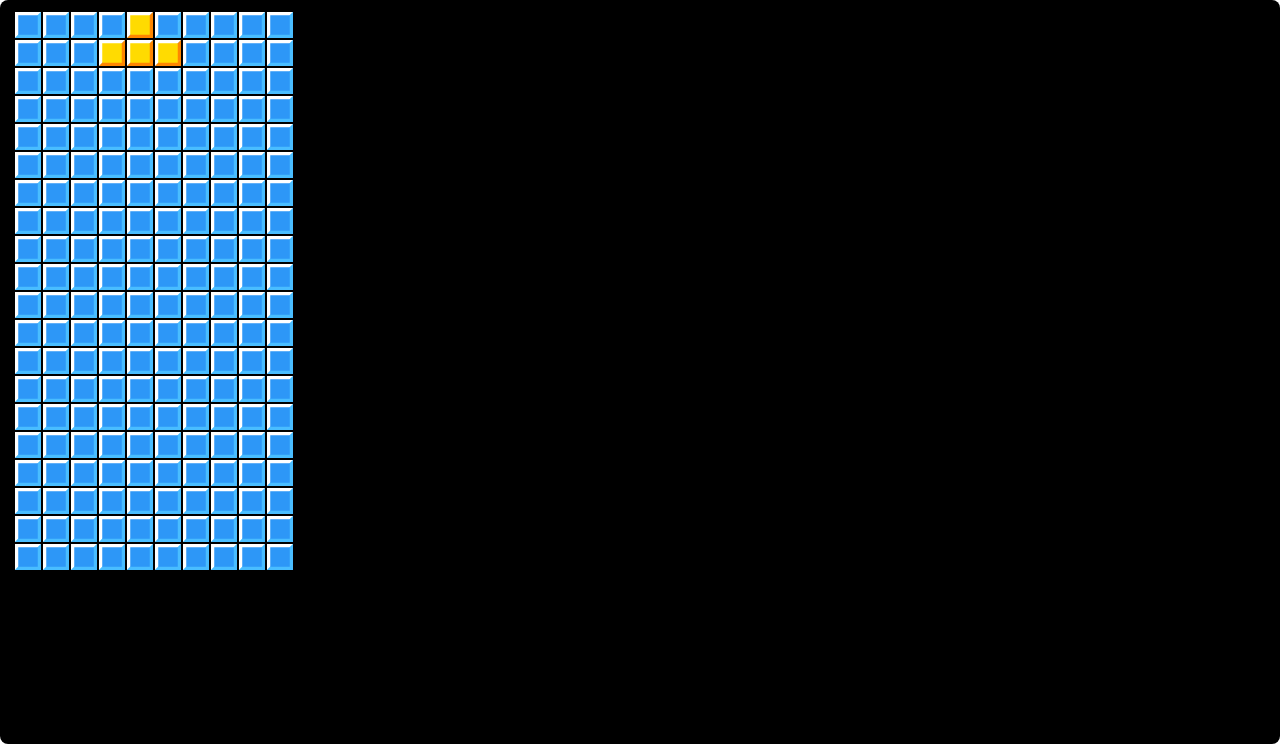
Repository: powidev/Epik-Tetris
Page: index.html
An editor plug-in stored every save of this project. The page is shown before and after the next save, followed by the edit.
The browser window is 1280 px wide. The pictures show the whole page.

Above is the page before, as saved 2025-05-20 10:23:43.

### index.html
<!DOCTYPE html>
<html lang="en">
<head>
    <meta charset="UTF-8">
    <meta name="viewport" content="width=device-width, initial-scale=1.0">
    <title>Tetris</title>
    <link rel="stylesheet" href="style.css">
</head>
<body>
    <div class="canvas-container">
        <canvas id="canvas-tetris" width="300" height="600"></canvas>
    </div>

    <script src="scripts/main.js" type="module"></script>
</body>
</html>

### style.css
body {
    display: flex;
    margin: 0;
    padding: 0;
}
.canvas-container {
    width: 100%;
    height: 100vh;
    background-color: black;
    padding: 12px 15px;
    border-radius: 8px;
}

### scripts/main.js
import { BoardTetris } from "/scripts/boardTetris.js";
import { Tetromino, TetraminoTypes } from "/scripts/tetromino.js";

const canvasTetris = document.getElementById("canvas-tetris");
const rows = 20;
const cols = 10;
const cellSize = 26;
const space = 2;

const boardTetris = new BoardTetris(canvasTetris, rows, cols, cellSize, space);

const tetrominoType = TetraminoTypes.T;
const tetromino = new Tetromino(canvasTetris, cellSize, tetrominoType.shapes, tetrominoType.initPosition, tetrominoType.id);

function update() {

    boardTetris.draw();
    tetromino.draw(boardTetris);
    requestAnimationFrame(update);
}

update();

### scripts/boardTetris.js
import { Grid } from '/scripts/grid.js';

export class BoardTetris extends Grid {
    constructor(canvas, rows, cols, cellSize, space) {
        super(canvas, rows, cols, cellSize, space);
    }

    isInside(row, col){
        return row >= 0 && row < this.rows && col >= 0 && col < this.cols;
    }
    isEmpty(row, col){
        return this.matriz[row][col] === 0 && this.isInside(row, col);
    }
    isRowFull(row){
        return this.matriz[row].every(element => element !== 0);
    }
    isRowEmpty(row){
        return this.matriz[row].every(element => element === 0);
    }
    clearRow(row){
        this.matriz[row].fill(0);
    }
    moveRowDown(row, numRows){
        this.matriz[row + numRows] = this.matriz[row].slice();
        this.clearRow(row);
    }
    clearFullRows(){
        let cont = 0;

        for(let row  = this.rows - 1; row >= 0; row--){
            if(this.isRowFull(row)){
                this.clearRow(row);
                cont++;
            }
            else if(cont > 0){
                this.moveRowDown(row, cont);
            }
        }
        return cont;
    }
    gameOver(){
        return !(this.isRowEmpty(0));
    }
}

### scripts/tetromino.js

class Position{
    constructor(row, column){
        this.row = row;
        this.column = column;
    }
}

class Tetromino {
    constructor(canvas, cellSize, shapes = [], initPosition = new Position(), id=1) {
        this.canvas = canvas;
        this.ctx = this.canvas.getContext('2d');
        this.cellSize = cellSize;
        this.shapes = shapes;
        this.rotation = 0;
        this.initPosition = initPosition;
        this.position = new Position(this.initPosition.row, this.initPosition.column);
        this.id = id;
    }
    drawSquare(x, y, side, color) {
        this.ctx.fillStyle = color;
        this.ctx.fillRect(x, y, side, side);
    }
    drawTriangle(x1, y1, x2, y2, x3, y3, color) {
        this.ctx.beginPath();
        this.ctx.moveTo(x1, y1);
        this.ctx.lineTo(x2, y2);
        this.ctx.lineTo(x3, y3);
        this.ctx.closePath();
        this.ctx.fillStyle = color;
        this.ctx.fill();
    }
    getColorPalette(id) {
        const palette = {
            1:{
                rightTriangle : "#FE8601",
                leftTriangle : "#FFFFFF",
                square : "#FFDB01"
            },
            2:{
                rightTriangle : "#FE5E02",
                leftTriangle : "#FFFFFF",
                square : "#FE8602"
            },
            3:{
                rightTriangle : "#B5193B",
                leftTriangle : "#FFFFFF",
                square : "#EE1B2E"
            },
            4:{
                rightTriangle : "#22974C",
                leftTriangle : "#FFFFFF",
                square : "#24DC4F"
            },
            5:{
                rightTriangle : "#49BDFF",
                leftTriangle : "#FFFFFF",
                square : "#2D97F7"
            },
            6:{
                rightTriangle : "#0000C9",
                leftTriangle : "#FFFFFF",
                square : "#0101F0"
            },
            7:{
                rightTriangle : "#8500D3",
                leftTriangle : "#FFFFFF",
                square : "#A000F1"
            }
        }
        return palette[id] || palette[1];
    }
    drawBlock(x, y, id){
        const margin = this.cellSize / 8;
        const palette = this.getColorPalette(id);

        this.drawTriangle(
            x, y,
            x + this.cellSize, y,
            x, y + this.cellSize,
            palette.leftTriangle
        );

        this.drawTriangle(
            x + this.cellSize, y,
            x + this.cellSize, y + this.cellSize,
            x, y + this.cellSize,
            palette.rightTriangle
        );

        this.drawSquare(
            x + margin,
            y + margin,
            this.cellSize - (margin * 2),
            palette.square
        );
    }
    currentShape(){
        return this.shapes[this.rotation];
    }
    draw(grid){
        const shape = this.currentShape();
        for(let i = 0; i < shape.length; i++){
            const position = grid.getCoordinates(
                this.position.column + shape[i].column,
                this.position.row + shape[i].row
            );
            this.drawBlock(position.x, position.y, this.id);
        }
    }
    currentPosition(){
        const positions = [];
        const shape = this.currentShape();
        for(let i = 0; i < shape.length; i++){
            positions.push(new Position(
                this.position.row + shape[i].row,
                this.position.column + shape[i].column
            ));
        }
        return positions;
    }
    move(row, column){
        this.position.row += row;
        this.position.column += column;
    }
    reset(){
        this.rotation = 0;
        this.position = new Position(this.initPosition.row, this.initPosition.column);
    }
}

const TetraminoTypes = {
    T:{
        id:1,
        initPosition: new Position(0, 3),
        shapes: [
            [new Position(0, 1), new Position(1, 0), new Position(1, 1), new Position(1, 2)],
            [new Position(0, 1), new Position(1, 1), new Position(1, 2), new Position(2, 1)],
            [new Position(1, 0), new Position(1, 1), new Position(1, 2), new Position(2, 1)],
            [new Position(0, 1), new Position(1, 0), new Position(1, 1), new Position(2, 1)]
        ]
    },
    O:{
        id:2,
        initPosition: new Position(0, 4),
        shapes: [
            [new Position(0, 0), new Position(0, 1), new Position(1, 0), new Position(1, 1)]
        ]
    },
    I:{
        id:3,
        initPosition: new Position(-1, 3),
        shapes: [
            [new Position(1, 0), new Position(1, 1), new Position(1, 2), new Position(1, 3)],
            [new Position(0, 2), new Position(1, 2), new Position(2, 2), new Position(3, 2)],
            [new Position(2, 0), new Position(2, 1), new Position(2, 2), new Position(2, 3)],
            [new Position(0, 1), new Position(1, 1), new Position(2, 1), new Position(3, 1)]
        ]
    },
    S:{
        id:4,
        initPosition: new Position(0, 3),
        shapes: [
            [new Position(0, 1), new Position(0, 2), new Position(1, 0), new Position(1, 1)],
            [new Position(0, 1), new Position(1, 1), new Position(1, 2), new Position(2, 2)],
            [new Position(1, 1), new Position(1, 2), new Position(2, 0), new Position(2, 1)],
            [new Position(0, 0), new Position(1, 0), new Position(1, 1), new Position(2, 1)]
        ]
    },
    Z:{
        id:5,
        initPosition: new Position(0, 3),
        shapes: [
            [new Position(0, 0), new Position(0, 1), new Position(1, 1), new Position(1, 2)],
            [new Position(0, 2), new Position(1, 1), new Position(1, 2), new Position(2, 1)],
            [new Position(1, 0), new Position(1, 1), new Position(2, 1), new Position(2, 2)],
            [new Position(0, 1), new Position(1, 0), new Position(1, 1), new Position(2, 0)]
        ]
    },
    J:{
        id:6,
        initPosition: new Position(0, 3),
        shapes: [
            [new Position(0, 0), new Position(1, 0), new Position(1, 1), new Position(1, 2)],
            [new Position(0, 1), new Position(0, 2), new Position(1, 1), new Position(2, 1)],
            [new Position(1, 0), new Position(1, 1), new Position(1, 2), new Position(2, 2)],
            [new Position(0, 1), new Position(1, 1), new Position(2, 0), new Position(2, 1)]
        ]
    },
    L:{
        id:7,
        initPosition: new Position(0, 3),
        shapes: [
            [new Position(0, 2), new Position(1, 0), new Position(1, 1), new Position(1, 2)],
            [new Position(0, 1), new Position(1, 1), new Position(2, 1), new Position(2, 2)],
            [new Position(1, 0), new Position(1, 1), new Position(1, 2), new Position(2, 0)],
            [new Position(0, 0), new Position(0, 1), new Position(1, 1), new Position(2, 1)]
        ]
    }
};

class TetrominosBag {
    constructor(canvas, cellSize){
        this.canvas = canvas;
        this.cellSize = cellSize;
        this.bag = [];
    }

    fillbag(){
        const tetrominosTypes = [
            tetrominosTypes.T,
            tetrominosTypes.O,
            tetrominosTypes.I,
            tetrominosTypes.S,
            tetrominosTypes.Z,
            tetrominosTypes.J,
            tetrominosTypes.L
        ]
        this.bag.length = 0;
        tetrominosTypes.forEach(type=>{
            this.bag.push(new Position(
                this.canvas,
                this.cellSize,
                type.shapes,
                type.initPosition,
                type.id
            ));
        });

        for(let i = this.bag.length - 1; i>0 ; i--){
            let j = Math.floor(Math.random() * (i + 1));
            [this.bag[i], this.bag[j]] = [this.bag[j], this.bag[i]];
        }
    }

    nextTetromino(){
        if(this.bag.length === 0){
            this.fillbag();
        }
        return this.bag.pop();
    }
}

export { Position, Tetromino, TetraminoTypes };

### scripts/grid.js
import { Tetromino } from '/scripts/tetromino.js';

export class Grid {
    constructor(canvas, rows, cols, cellSize, space) {
        this.canvas = canvas;
        this.ctx = canvas.getContext('2d');
        this.rows = rows;
        this.cols = cols;
        this.cellSize = cellSize;
        this.space = space;
        this.matriz = [];
        this.restartMatriz();

        this.canvas.width = this.cols * this.cellSize + (this.space * this.cols);
        this.canvas.height = this.rows * this.cellSize + (this.space * this.rows);

        this.block = new Tetromino(this.canvas, this.cellSize);
    }

    restartMatriz(){
        for(let r = 0; r < this.rows; r++){
            this.matriz[r] = [];
            for(let c = 0; c < this.cols; c++){
                this.matriz[r][c] = 5;
            }
        }
    }

    drawSquare(x, y, side, color, borderColor) {
        const bordeSize = side / 10;

        this.ctx.fillStyle = color;
        this.ctx.fillRect(x, y, side, side);

        this.ctx.strokeStyle = borderColor;
        this.ctx.lineWidth = bordeSize;
        this.ctx.strokeRect(x+bordeSize/2, y+bordeSize/2, side-bordeSize, side-bordeSize);
    }

    getCoordinates(col, row){
        return {x: col * (this.cellSize + this.space), y: row * (this.cellSize + this.space)};
    }

    draw(){
        for(let r = 0; r < this.rows; r++){
            for(let c = 0; c < this.cols; c++){
                const position = this.getCoordinates(c, r);
                if(this.matriz[r][c] !== 0){
                    this.block.drawBlock(position.x,position.y,this.matriz[r][c]);
                }
                else{
                    this.drawSquare(position.x, position.y, this.cellSize, "#000", "#303030");
                }
            }
        }
        this.printMatriz();
    }

    printMatriz(){
        let text = "";
        this.matriz.forEach((row) => {
            text += row.join(" ") + "\n";
        });
        console.log(text);
    }
}

After the next save:
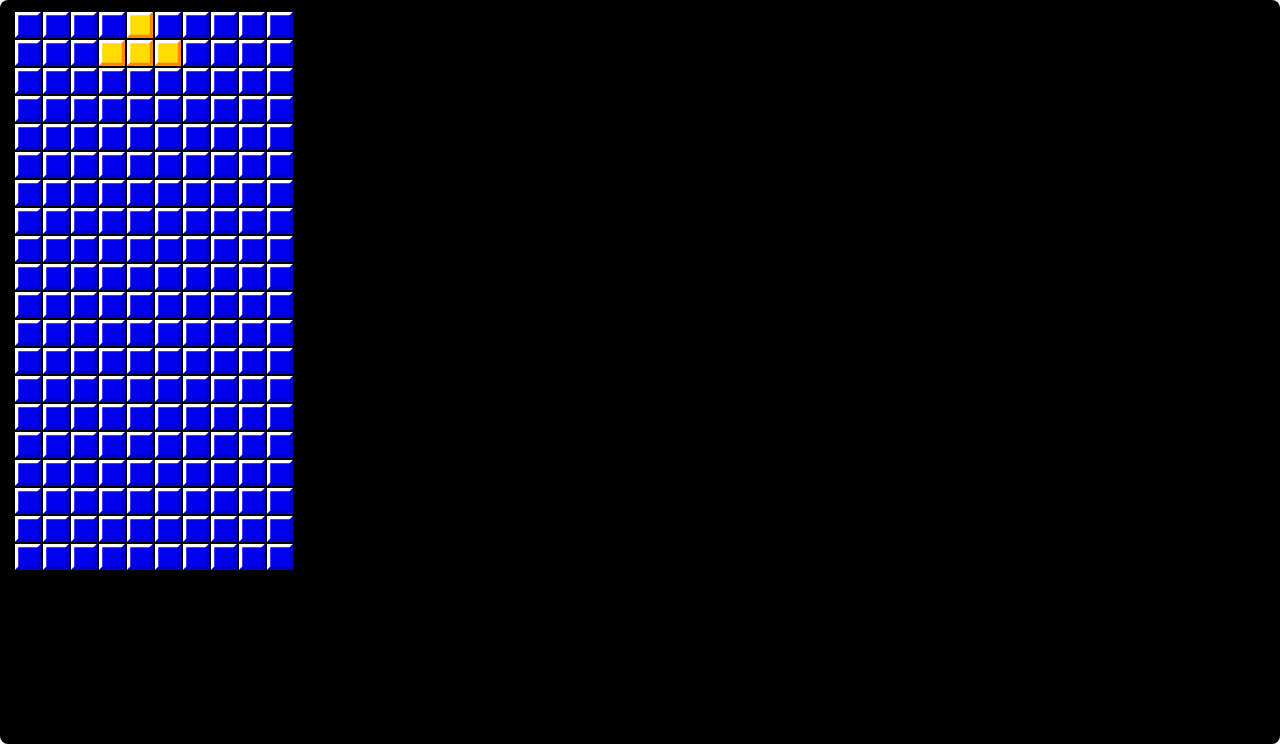
Saved 5 s later.
--- a/scripts/grid.js
+++ b/scripts/grid.js
@@ -21,7 +21,7 @@ export class Grid {
         for(let r = 0; r < this.rows; r++){
             this.matriz[r] = [];
             for(let c = 0; c < this.cols; c++){
-                this.matriz[r][c] = 5;
+                this.matriz[r][c] = 6;
             }
         }
     }
